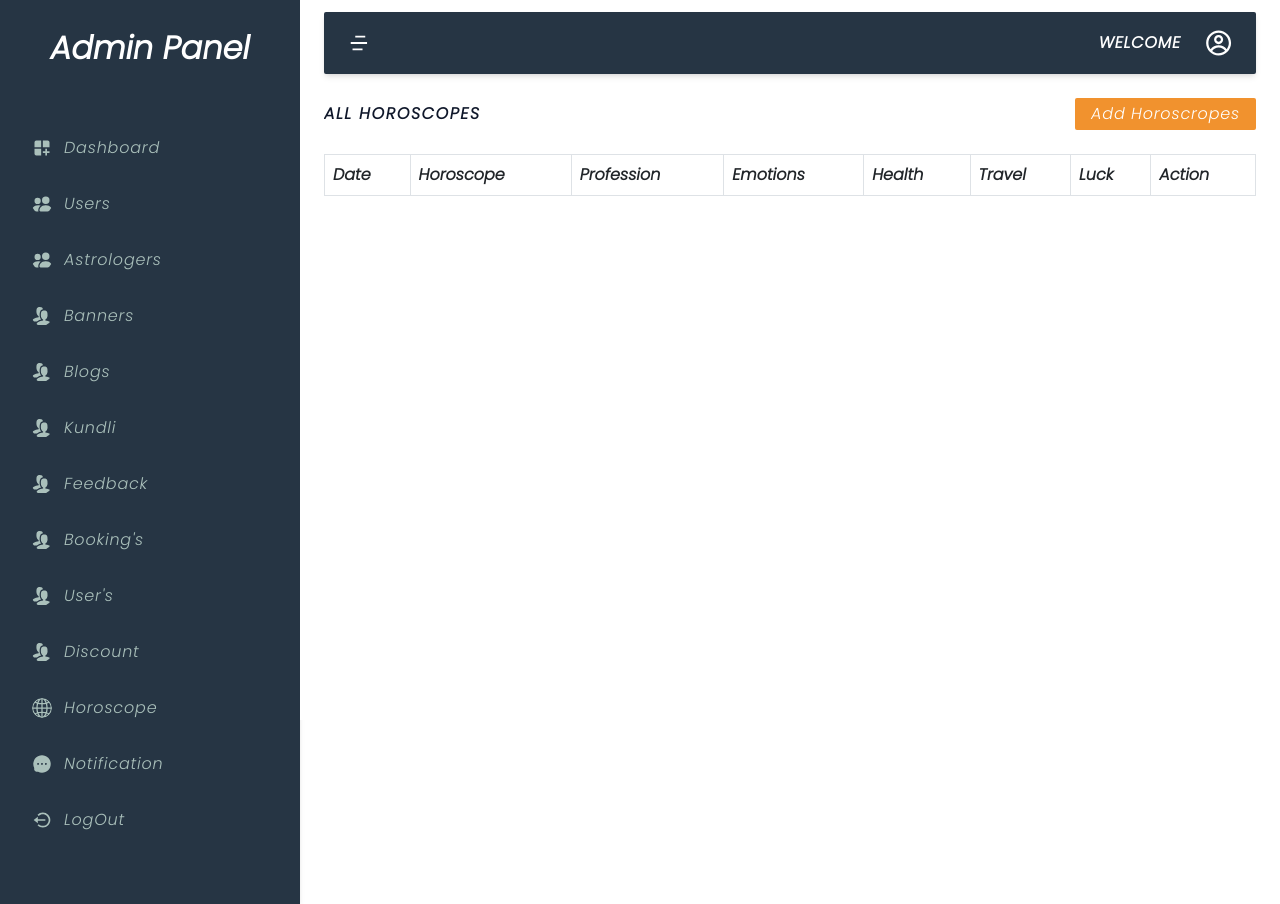
Repository: FlyweisReact/Hariom-Admin-Panel
Page: /horo
An editor plug-in stored every save of this project. The page is shown before and after a run of saves, followed by the edit.
The browser window is 1280 px wide. The pictures show the whole page.
Some web libraries are served in a nearby version. The project was rebuilt for these pictures with package versions that can differ from the ones it lists, and the page was loaded fresh each time. Also part of the build but not shown: src/vendorPanel/forms/VendorLogin.jsx, src/vendorPanel/pages/AdminDiscount.js, src/vendorPanel/pages/AdminReview.js, src/vendorPanel/pages/Astrologers.js, src/vendorPanel/pages/Banners.js, src/vendorPanel/pages/Booking.js, src/vendorPanel/pages/Kundli.js, src/vendorPanel/pages/Message.js and 6 more.

Above is the page before, as saved 2023-04-15 15:33:14.

After the next 2 saves:
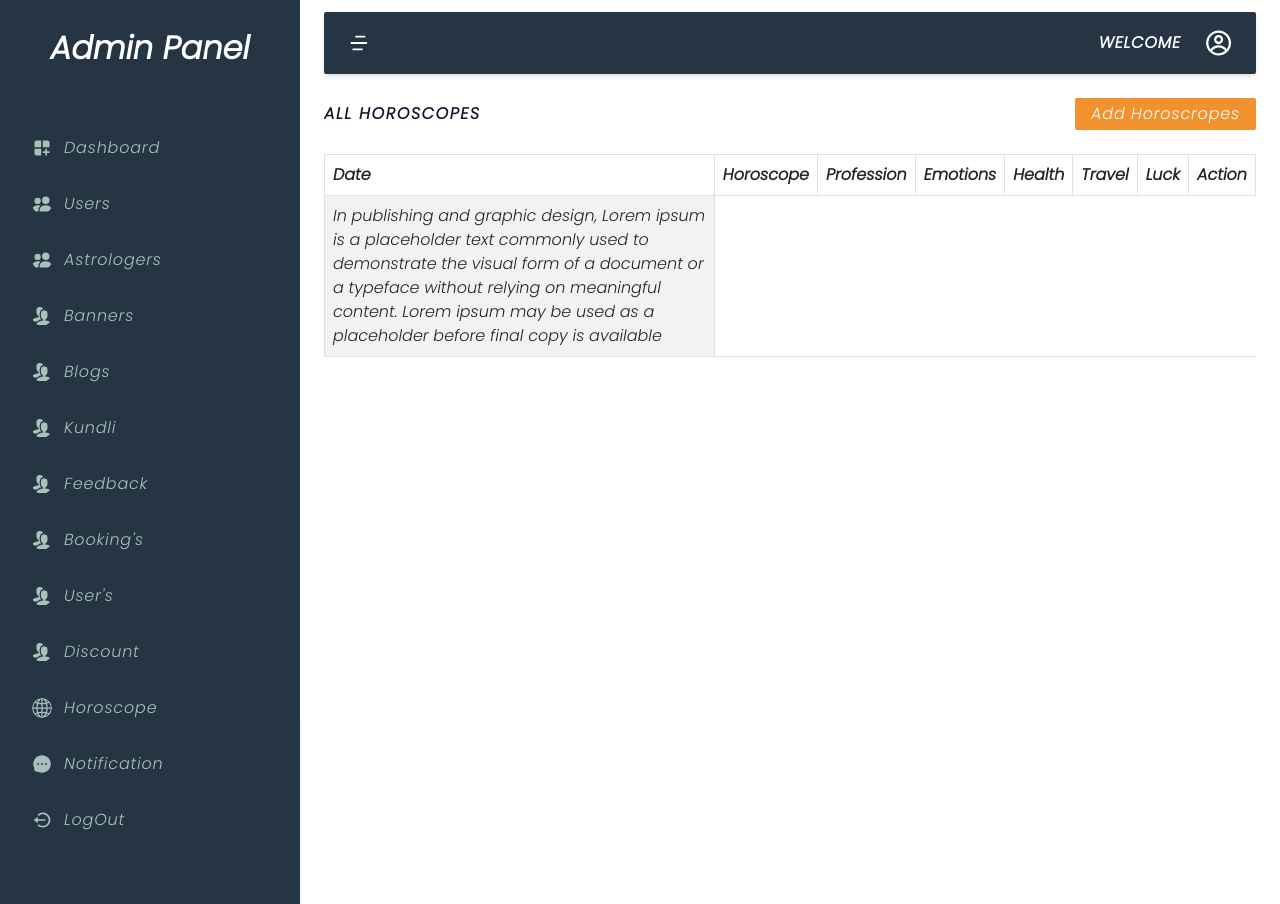
The 2 saves are shown as one change because 1 did not build or start.
The last was saved 14 s later.
--- a/src/vendorPanel/pages/Horoscope.js
+++ b/src/vendorPanel/pages/Horoscope.js
@@ -72,7 +72,9 @@ const Horoscope = () => {
               </tr>
             </thead>
             <tbody>
-
+             <tr>
+              <td> {Lorem.substring(0.100)} </td>
+             </tr>
             </tbody>
           </Table>
       </section>
